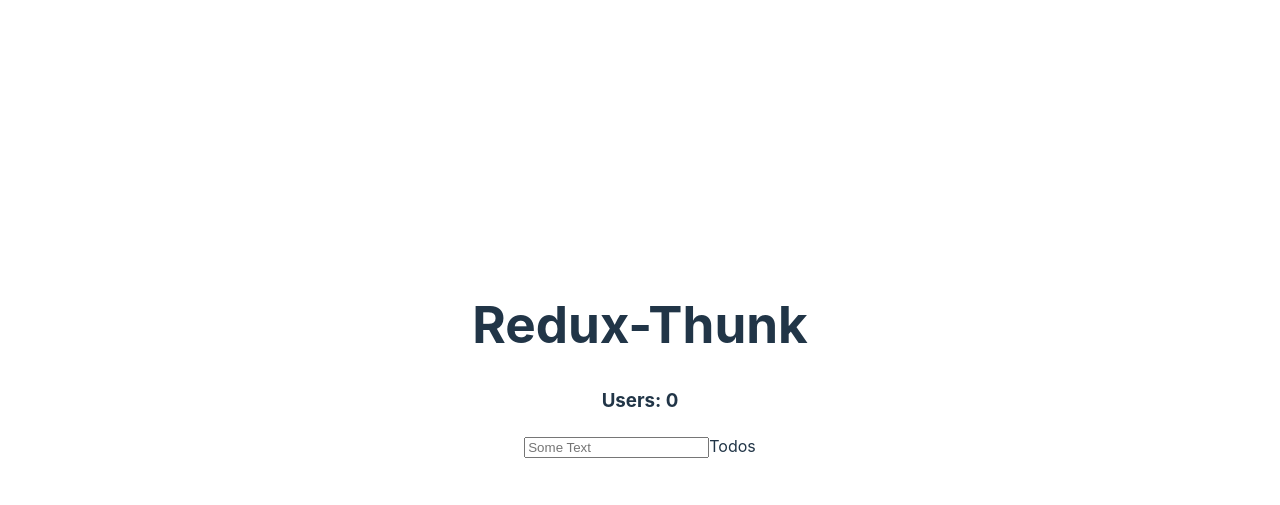
Repository: iveivs/mNepRe
Page: / (app in redux/redux-thunk/)
These files come from the project's save history. The page is drawn as it stood at one moment and after a run of saves; the edit follows.
The browser window is 1280 px wide. The pictures show the whole page.
The page's requests for data from a server got no answer. The project was rebuilt for these pictures with package versions that can differ from the ones it lists, and the page was loaded fresh each time. No one was signed in, and anything a server would have sent is missing. Also part of the build but not shown: redux/redux-thunk/vite.config.js.

Above is the page before, as saved 2024-03-21 16:03:20.

After the next 4 saves:
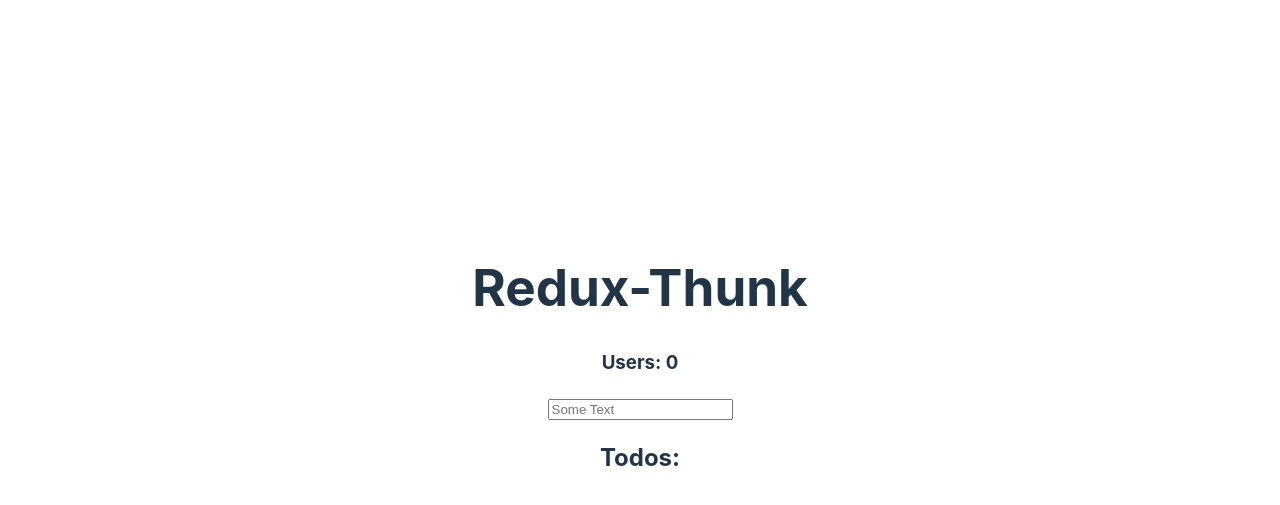
The 4 saves are shown as one change because they came seconds apart.
The last was saved 12 s later.
--- a/redux/redux-thunk/src/components/TodoList.jsx
+++ b/redux/redux-thunk/src/components/TodoList.jsx
@@ -4,7 +4,8 @@
     return (
         <>
         <input type="text"  placeholder="Some Text"/>
-        Todos
+        <h2>Todos:</h2>
+
         </>
     )
 }
